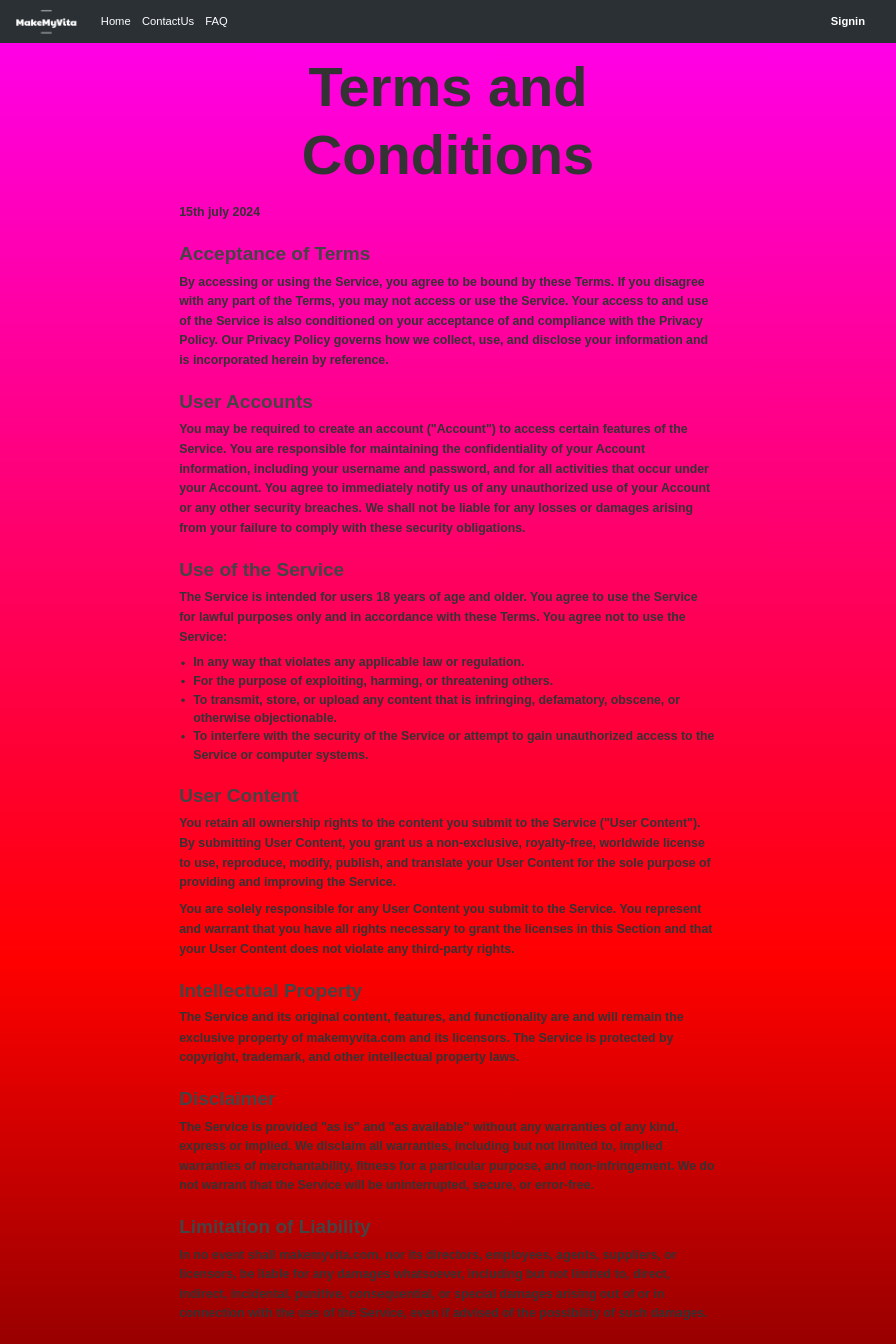
Repository: Tejaakshaykumar/MakeMyVita-Resume-Builder-Website
Page: /T&C (app in frontend/)
The author's editor kept a copy of each file at every save. The page is drawn from the files as they stood at one save, then again after the next save.
The browser window is 1280 px wide. The pictures show the part of the page from y = 0 to 1920 px (the page is 2936 px tall), at 70% of full size.
Some web libraries are served in a nearby version. The project was rebuilt for these pictures with package versions that can differ from the ones it lists, and the page was loaded fresh each time. Also part of the build but not shown: frontend/src/App.css, frontend/src/containers/About.js, frontend/src/containers/Buildresume.js, frontend/src/containers/Images.js, frontend/src/containers/Features.js, frontend/src/containers/Review.js, frontend/src/containers/Trybox.js, frontend/src/containers/Motionbox.js and 5 more.

Above is the page before, as saved 2024-06-10 11:46:37.

After the next save:
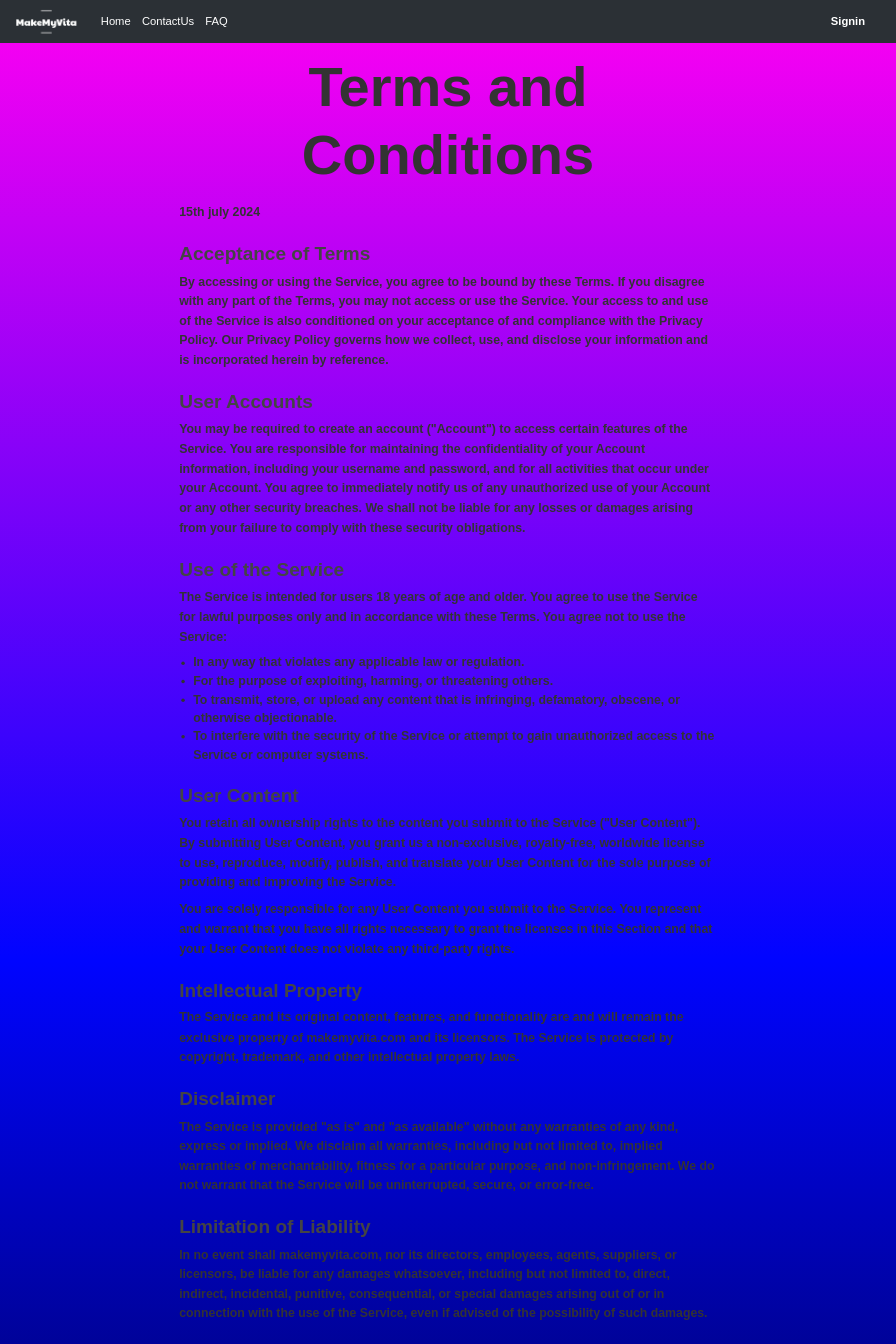
Saved 32 s later.
--- a/frontend/src/pages/pagestyles.css
+++ b/frontend/src/pages/pagestyles.css
@@ -5,7 +5,7 @@
     /* margin: 0 auto; */
     padding: 6% 20%;
     font-family: Arial, sans-serif;
-    background: linear-gradient(to top,rgb(0, 0, 0),rgb(255, 0, 0),rgb(255, 0, 242));
+    background: linear-gradient(to top,rgb(0, 0, 0),rgb(0, 4, 255),rgb(255, 0, 242));
     color: #333;
     /* margin-top: 7%; */
     margin-bottom: -2%;
